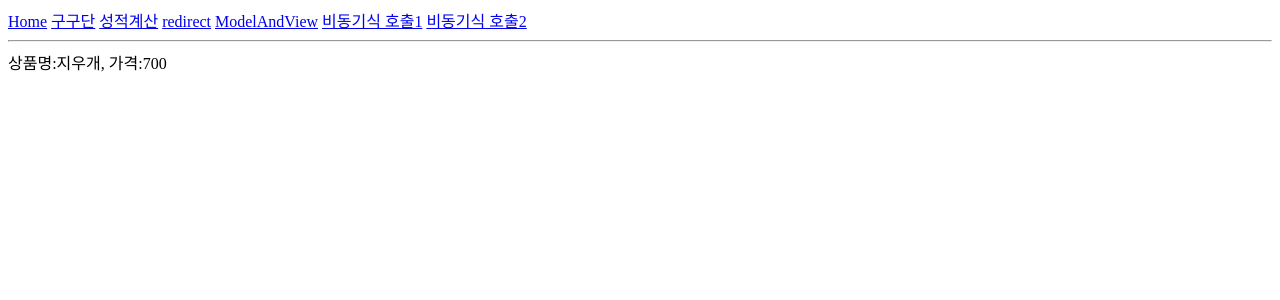
Repository: EunhaKyeong/studyRepo
Page: http://localhost/tutorial/ajax.do
An editor plug-in stored every save of this project. The page is shown before and after the next save, followed by the edit.
The browser window is 1280 px wide. The pictures show the whole page.
The page is served by Tomcat 9. Other server files are loaded and not shown.

Above is the page before, as saved 2020-12-05 16:28:45.

### SPRING/spring/tutorial/src/main/webapp/WEB-INF/views/test/ajax.jsp
<%@ page language="java" contentType="text/html; charset=UTF-8"
    pageEncoding="UTF-8"%>
<!DOCTYPE html>
<html>
<head>
<meta charset="UTF-8">
<title>Insert title here</title>
<script src="https://code.jquery.com/jquery-3.5.1.min.js"></script>
</head>
<body>
	<jsp:include page="../include/menu.jsp" />
	<div id="result"></div>

	<script src="/resources/js/ajax.js"></script>
</body>
</html>

### SPRING/spring/tutorial/src/main/webapp/WEB-INF/views/include/menu.jsp
<%@ page language="java" contentType="text/html; charset=UTF-8"
pageEncoding="UTF-8" %>
<a href="/">Home</a>
<a href="/gugu.do">구구단</a>
<a href="/point.do">성적계산</a>
<a href="/move.do">redirect</a>
<a href="/mav.do">ModelAndView</a>
<a href="/ajax.do">비동기식 호출1</a>
<a href="/ajax2.do">비동기식 호출2</a>
<hr>

### SPRING/spring/tutorial/src/main/webapp/resources/js/ajax.js
//$(선택자).이벤트함수(코드)
/*$(document).ready(function() {*/
$(function() {
	$.ajax({
		type:"post",
		url:"background.do",
		success:function(result) {	//result는 background.do에서 return된 데이터
			console.log("test:"+result);
			$("#result").html( "상품명:"+result.stationery_name +", 가격:"+result.stationery_price);
		}
	});
});

After the next save:
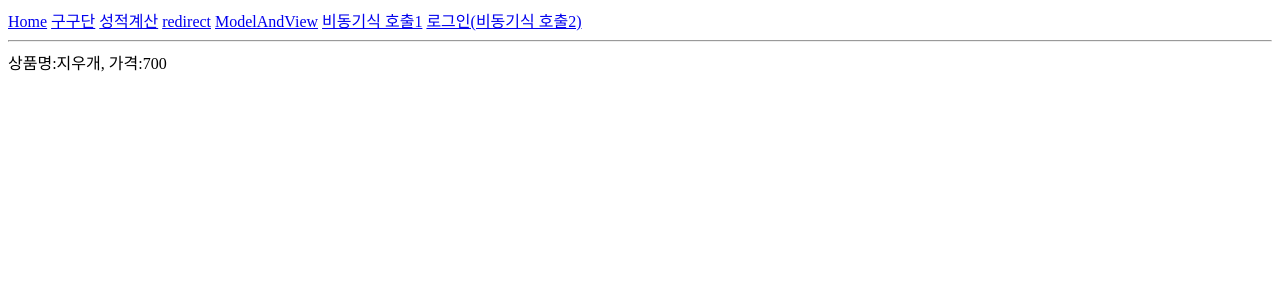
Saved 3 min 44 s later.
--- a/SPRING/spring/tutorial/src/main/webapp/WEB-INF/views/include/menu.jsp
+++ b/SPRING/spring/tutorial/src/main/webapp/WEB-INF/views/include/menu.jsp
@@ -6,5 +6,5 @@
 <a href="/move.do">redirect</a>
 <a href="/mav.do">ModelAndView</a>
 <a href="/ajax.do">비동기식 호출1</a>
-<a href="/ajax2.do">비동기식 호출2</a>
+<a href="/login.do">로그인(비동기식 호출2)</a>
 <hr>
